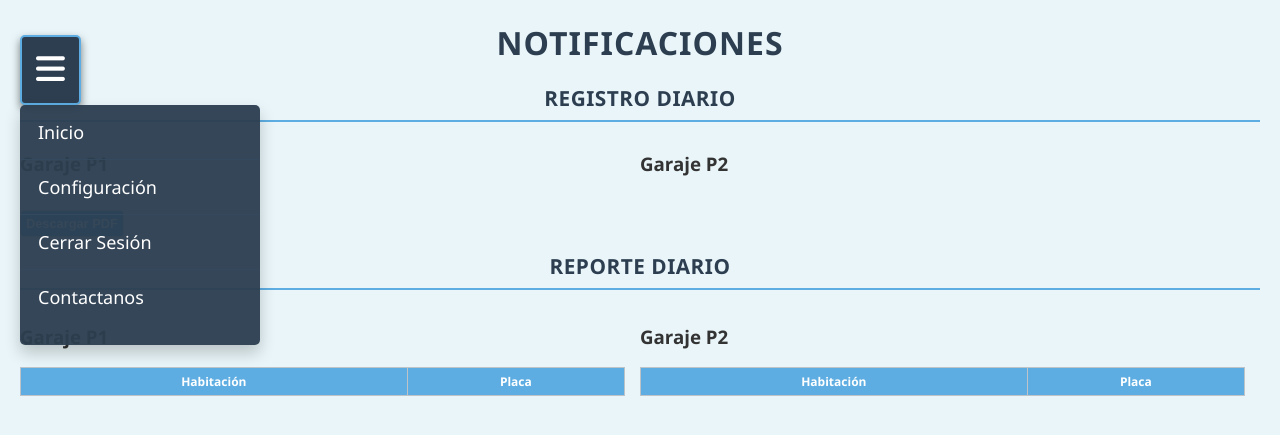
Repository: EddyWebz/base-datos
Page: privado/report.html
An editor plug-in stored every save of this project. The page is shown before and after the next save, followed by the edit.
The browser window is 1280 px wide. The pictures show the whole page.
After loading, the first visible `button.menu-icon` was clicked once.
The page's requests for data from a server got no answer.

Above is the page before, as saved 2024-08-29 18:11:46.

After the next save:
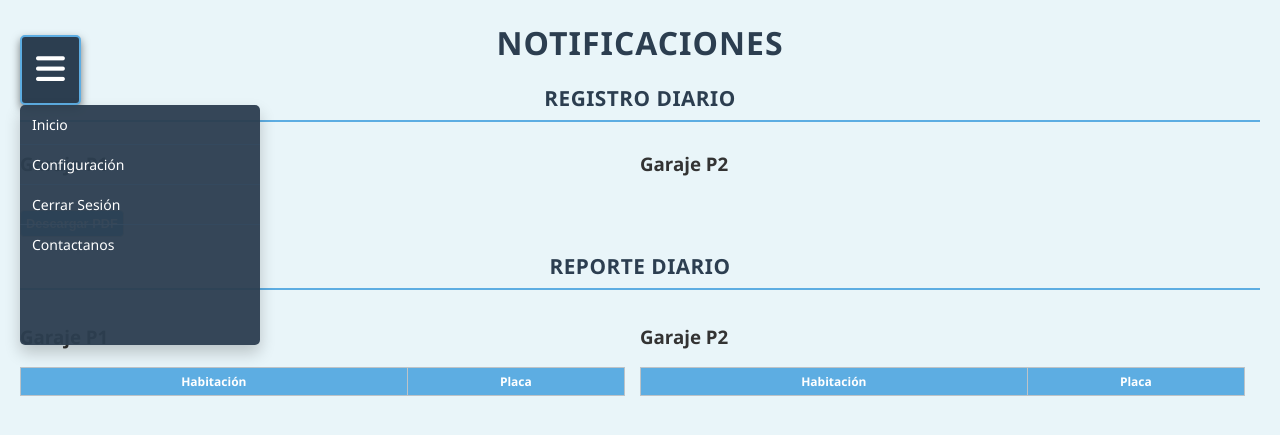
Saved 4 min 15 s later.
--- a/BASE-2/notif.css
+++ b/BASE-2/notif.css
@@ -194,7 +194,7 @@
         min-height: 240px;
         transform: translateY(-20px); /* Mantén la posición correcta en estado inicial */
     }
-    .dropdown-content.show a {
+    .dropdown-content a {
         padding: 15px 18px; /* Aumentar padding de los enlaces */
         font-size: 18px; /* Aumentar tamaño de la fuente */
     }

After the save that followed:
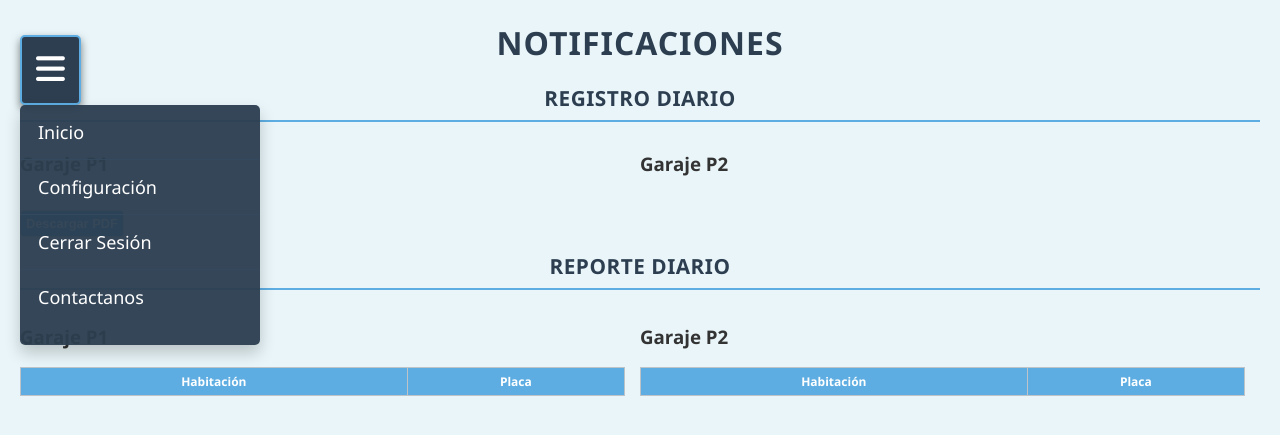
Saved 2 min 25 s later.
--- a/BASE-2/notif.css
+++ b/BASE-2/notif.css
@@ -194,7 +194,11 @@
         min-height: 240px;
         transform: translateY(-20px); /* Mantén la posición correcta en estado inicial */
     }
-    .dropdown-content a {
+    .dropdown-content.show a {
+        padding: 15px 18px; /* Aumentar padding de los enlaces */
+        font-size: 18px; /* Aumentar tamaño de la fuente */
+    }
+    .dropdown-content.hide a {
         padding: 15px 18px; /* Aumentar padding de los enlaces */
         font-size: 18px; /* Aumentar tamaño de la fuente */
     }
